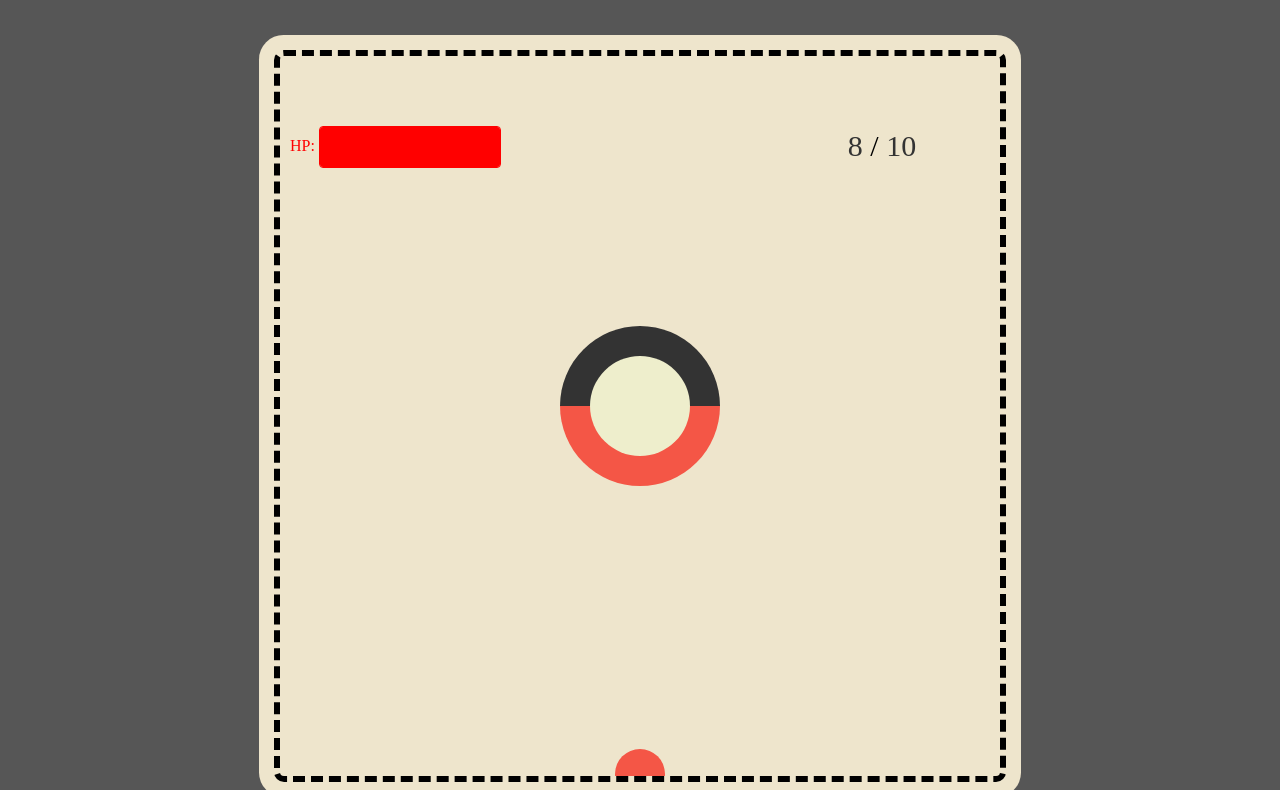
Repository: EEETA/ball-game
Page: theBall2/index.html
An editor plug-in stored every save of this project. The page is shown before and after the next save, followed by the edit.
The browser window is 1280 px wide. The pictures show the whole page.
After loading, the first visible `button.start` was clicked once.

Above is the page before, as saved 2018-07-29 16:57:37.

### theBall2/index.html
<!DOCTYPE html>
<html lang="en">
<head>
    <meta charset="UTF-8">
    <title>theBall</title>
	<link rel="stylesheet" href="style/index.css">
    <script src="js/jquery-1.8.3.min.js"></script>
	<script src="js/jquery.rotate.min.js"></script>
</head>
<body>
    <section class="box">
        <!-- 旋转div -->
        <section class="ball ballZhuan">
            <div class="redPart_box">
                <div class="redPart"></div>
            </div>
            <div class="blackPart_box">
                <div class="blackPart"></div>
            </div>
            <div class="middlePart"></div>
        </section>
        <div class="ball2"></div>

        <section class="idx_pattern">
            <!-- 主界面-游戏模式 -->
        </section>
        <section class="idx_intro">
            <!-- 主界面-游戏玩法 -->
        </section>

        <section class="game_mask">
        <!-- 游戏界面-娱乐模式遮罩提示层 -->
        </section>
        <div class="arrow">
            <!-- 升级效果 -->
        </div>
        <section class="game_shootBox">
            <!-- 游戏界面-小球发射 -->
        </section>
        <section class="game_fraction">
            <!-- 游戏界面-分数血量显示 -->
        </section>
        <section class="game_hanlder">
            <!-- 游戏界面-结束模块 -->
        </section>
    </div>

    <script src="data/data.js"></script>
    <script>
        const patternLen = pattern.length;
        const idxPattern = document.querySelector('.idx_pattern');
        const idxIntro = document.querySelector('.idx_intro');
        const gameShootBox = document.querySelector('.game_shootBox');
        const gameFraction = document.querySelector('.game_fraction');
        const gameHanlder = document.querySelector('.game_hanlder');
        const gameMask = document.querySelector('.game_mask');
        var my=[];
        /*主界面-游戏模式*/
        for(var i=0;i<patternLen;i++){
            let idxPatternMain=`<div class="playWrap">
                                    <div class="playTit"> ${pattern[i].patternName} </div>
                                    <div class="playIntroduce">
                                        <div class="playIntroduceTxt">1.通关条件 <span style="color:#EE8E4E"> ${pattern[i].explain.condition} </span></div>
                                        <div class="playIntroduceTxt">2. ${pattern[i].explain.produce} </div>
                                    </div>
                                    <button class="start">START</button>
                                </div>`
            idxPattern.innerHTML+=idxPatternMain;
        }
        /*主界面-游戏玩法*/
        let produceTxt=`<div class="introTxt">
                            <div>
                                1.按空格键/AD可旋转 <img src="img/img1.png" alt="" class="sizeOne">
                            </div>
                            <div>
                                2.当<img src="img/img2.png" alt="" class="sizeOne">掉落时,根据模式将 <img src="img/img1.png" alt="" class="sizeOne"> 旋转到对应的颜色即可得1分,反之<span style="color:red">HP-1</span>
                            </div>
                            <div>
                                3.进入游戏后，每个玩家血量为5,右上角为分数面板 <img src="img/img3.png" alt="" class="sizeTwo"> 左侧为当前分数,右侧为当前关卡上限,分数达到上限即可进入下一关
                            </div>
                        </div>
                        <button class="introTxtBtn">游戏玩法</button>`
        idxIntro.innerHTML=produceTxt;



        /*游戏界面-小球发射*/
        let gameShootBoxMain=`<div class="top">
                                    <div class="div_middle"></div>
                                </div>
                                <div class="bottom">
                                    <div class="div_middle"></div>
                                </div>
                                <div class="left">
                                    <div class="div_middle"></div>
                                </div>
                                <div class="right">
                                    <div class="div_middle"></div>
                                </div>`
        gameShootBox.innerHTML+=gameShootBoxMain;
        /*游戏界面-分数血量显示*/
        let gameFractionMain=`<div class="life">HP:
                                    <div class="hp_div">
                                        <div class="hp_div_main"></div>
                                    </div>
                                </div>
                                <div class="fraction">
                                    <span class="fraction_left"></span>
                                    /
                                    <span class="fraction_right"></span>
                                </div>`
        gameFraction.innerHTML=gameFractionMain;
        /*游戏界面-结束模块*/
        let gameHanlderMain=`<div class="interface">
                                <div class="over">Game Over</div>
                                <div class="success">成功通关</div>
                            </div>
                            <div class="button_box">
                                <button class="button_left">再玩一次</button>
                                <button class="button_right">返回大厅</button>
                            </div>`
        gameHanlder.innerHTML=gameHanlderMain;
        /*游戏界面-娱乐模式遮罩提示层*/
        let gameMaskMain=`<div class="Mask_span">
                                <span>按A键向左转</span>
                                <span>按D键向右转</span>
                            </div>
                            <span class="Mask_p">- 按空格键继续 -</span>`
        gameMask.innerHTML=gameMaskMain;
    </script>
    <script src="js/index.js"></script>
    <script src="js/animation.js"></script>
</body>
</html>

### theBall2/js/index.js
/**

 * @date  2017-10-01 20:37:27
 * @name  Elderly
 */
// var time=new Date();
var numList,
background,
num,
box_num,
hp,/*当前血量*/
hp_box,//总血量
fail_hp,/*当前血量*/
fractionNow,//得分
fractionNeed,//升级需要得分
speed,
delayed,
num_number,
box_num_number,
direction,
box,
interval,
this_ball,
switch_1,
switch_2,
switch_3,
negative,
numbox,
ttSet;

switch_1=0;
switch_2=0;
switch_3=0;
numList=0;
negative=0;
delayed=0;
speed=1200;
degree=-180;/*旋转度数*/
interval=300;/*旋转时间差*/
num_number=2;
box_num_number=2;
ttSet=300;
box=$('.ball');

const idxW=1080;/*主界面宽高*/
const idxH=720;
const gameW=720;/*游戏宽高*/
const gameH=720;

const start=document.querySelectorAll('.start');
let again;/*再来一次时用来判断模式*/

window.onload=function(){
    $('.ball').addClass("ballZhuan");
    $(".introTxtBtn").mouseover(function(){ $('.introTxt').stop().fadeIn(400);})
	$(".introTxtBtn").mouseout(function(){ $('.introTxt').stop().fadeOut(400);})
    choose();
}

function choose(){//进入对应模式
	for(let i=0;i<start.length;i++){
        start[i].onclick=function(){
            $('.idx_pattern').fadeOut(300);
            $('.introTxtBtn').fadeOut(300);
            again=i;
            initInfo(i);
            ball(i);
        }
	}
}

function initInfo(numberMode){
    hp=1;
    hp_box=5;
    fail_hp=hp*100/hp_box;
    fractionNow=8;
    if(!numberMode){fractionNeed=10;}
    else{fractionNeed="∞";}

    /*颠倒模式互换颜色*/
	if(numberMode==1){
		$('.redPart').css('background','#333');
		$('.blackPart').css('background','#f45646');
    }

	// if(numberMode==2){
	// 	speed=1400;
	//     numList=-360;
	//     num_number=4;
	//     box_num_number=4;
	//     degree=-90;
	// 	delayed=1100;
	// }
	// if(again==2&&switch_2==1){
	// 	box.rotate({
    //         animateTo:numList-180,
    //         duration:450,
    //     });
	// }
    $('.fraction_left').html(fractionNow);
    $('.fraction_right').html(fractionNeed);
    // $('.hp_div_main').animate({width:fail_hp+"%"},500);
}

function ball(numberMode){
    setTimeout(function(){
		box_animation(gameW,gameH,500);
   		$('.game_fraction').fadeIn(500);
     	$('.ball').animate({top:'210px'},500,function(){
            $(this).removeClass("ballZhuan");
            if(numberMode!=2){
            	$(this).rotate({animateTo:-180,duration:600});
            	numList=-180;
            }else if(numberMode==2&&switch_2==0){
            	if(switch_3){
        			rotate_transition(".ball",".ball2");
            		appendball('.div_middle');
            		switch_2=1;
            	}else{
                    Mask();
                    rotate_transition(".ball",".ball2");
            	}
            }
        	setTimeout(function(){
        		appendball(numberMode);
        	},600)
    	})
	},ttSet)
}

/*关卡设置*/
function levelUp(numberMode){
	if(numberMode==0 || numberMode==2){
		if(fractionNow%10==0){
	        callarrow("速度加快");
			speed-=100;
	        delayed=1100;
		}
	}
	if(numberMode==1){
		if(fractionNow==10){
	        callarrow("速度加快");
	        speed-=200;
	        fractionNeed=30;
	        delayed=1100;
		}
	    if(fractionNow==30){
	        callarrow("lalala");
	        speed-=100;
	        fractionNeed=50;
	        delayed=1100;
	    }
	}
}

function appendball(numberMode){  //生成小球
    if(hp<=0){
        $('.over').animate({opacity:1},600,function(){
            $('.button_box').css('display','block');
            $('.button_box').animate({opacity:1},800,function(){
                switch_3=1;
            })});
        return;
    }
	if(numberMode==1&&fractionNow==50){
        $('.success').animate({opacity:1},600,function(){
	            $('.button_box').css('display','block')
	            $('.button_box').animate({opacity:1},800)
	        });
	    return;
   }
    if(numberMode==2){
	    box=$('.ball2');
	    return;
    }

	levelUp(numberMode);
    $('.fraction_right').html(fractionNeed);

    ballFour=new Array();
    ballFour[0]="#f45646";
    ballFour[1]="#333";
    ballFour[2]="#efa97a";
    ballFour[3]="#6dd3ce";

    num=parseInt(Math.random()*num_number);
    box_num=parseInt(Math.random()*box_num_number);
    $('<div class="div_ball" style="background:'+ballFour[num]+';z-index:10"></div>').appendTo($('.div_middle')[box_num]);
    this_ball=$('.div_ball');
    setTimeout(function(){ballmove(this_ball,box_num,numberMode)},delayed);
}

/*小球运动*/
function ballmove(this_ball,box_num,numberMode){
    delayed=0;
    box_num < 2 ? (box_num==0 ? range=350 : range=-350) : (box_num==2 ? range=350 : range=-350);
    box_num < 2 ? direction='top' : direction='left';
    this_ball.animate(
        {[direction]:""+range+"px"},
        {duration:speed,
         easing:'linear',    // easing:'linear' 匀速直线运动
            progress:function(){
                var this_height=Math.floor($(this).offset().top)+$(this).height();
                var this_width=Math.floor($(this).offset().left)+$(this).width();
                var box_top=box.offset().top;
                var box_left=box.offset().left;
                var box_height=box.offset().top+box.height();
                var box_width=box.offset().left+box.width();

                if(box_num_number == 2){ //两个方向
                    if(box_num < 2){  //上下
                        if(range==350){  //向下
                            if(this_height>=box_top+2){
                                movejudge(this,-270,-0,-90,-180,4,numberMode);
                            }
                        }else if(range==-350){  //向上
                            if($(this).offset().top<=box_height){
                                movejudge(this,-90,-180,-270,-0,4,numberMode);
                            }
                        }
                     }
                }else if(box_num_number==4){ //四个方向
                    if(box_num < 2){  //上下
                        if(range==350){  //向下
                            if(this_height>=box_top+2){
                                 movejudge(this,-270,-0,-90,-180,5,numberMode);
                            }
                        }else if(range==-350){  //向上
                            if($(this).offset().top<=box_height+170){
                                 movejudge(this,-90,-180,-270,-0,5,numberMode);
                            }
                        }
                    } else if(box_num >= 2){   //左右
                        if(range==350){    //向右
                            if(this_width>=box_left+2){
                                movejudge(this,-0,-90,-180,-270,5,numberMode);
                            }
                        }else if(range==-350){  //向左
                            if(this_width <= box_width+218){
                                 movejudge(this,-180,-270,-0,-90,5,numberMode);
                            }
                        }
                    }
                }
            }
        }
    )
}


/*再来一遍&&返回大厅*/
$('.button_left').click(function(haha,gameInit){
    $('.over,.success,.button_box').animate({opacity:0},200);
    $('.button_box').css('display','none');

	speed=1200;
    ttSet=0;
    if(again==2){
	    produceFn('.div_middle');
    }else{
        // produceFn(again);
        initInfo(again);
            ball(again);
    }
});

// $('.button_right').click(function(){
// 	box_animation(idxH,idxW,500);
// 	degree=-180;
// 	negative=0;
// 	speed=1200;
//     numList=0;
// 	delayed=0;
// 	num_number=2;
// 	box_num_number=2;
// 	$('.blackPart').css('background','#333');
// 	$('.redPart').css('background','#f45646');
//     rotate_transition(".ball2",".ball");
// 	box=$('.ball');
// 	switch_2=0;
// 	if(again!=2){
// 		switch_3=0;
// 	}else{
// 		switch_3=1;
// 	}

// 	/*正常模式返回初始化*/
//    	$('.game_fraction').fadeOut(300);
//    	$('.button_box').fadeOut(300);
//     $('.over').animate({opacity:0},100);
//     $('.success').animate({opacity:0},100);
//     $('.ball').animate({top:'0px'}, 500,function(){
//         $(this).addClass("ballZhuan");
// 	})
// 	setTimeout(function(){
// 		$('.introTxtBtn').fadeIn(300);
// 		$('.idx_pattern').fadeIn(300);
//    	},800)
// })

document.addEventListener('keydown',ballPlay,false);
function ballPlay(haha){
    if(box_num_number==2&&event.keyCode==32){  //只有两种颜色
        // if(new Date()-time > interval){
            // console.log(speed);
            numList+=degree;
            box.rotate({
                animateTo: numList,
                duration:450,
            });
            // time=new Date();
        // }
    }
    // else if(box_num_number==4){  //四钟颜色
    //     if(event.keyCode==32 && switch_2==0 && switch_3==0){   //遮罩按空格
    //         switch_1=1;
    //         $('.game_mask').fadeOut(500);
    //         $('.Mask_p').fadeOut(200);
    //         $('.Mask_span').fadeOut(500);

	//       	appendball('.div_middle');
	//       	switch_2=1;
    //     }
    //     if(event.keyCode==65){   //左
    //         numList+=degree;
    //         negative=numList;
    //         if(numList>0){   //度数往右转 度数变为正数时
    //             if(numList%360==90 || numList%360==270){
    //                 negative=-numList-180;
    //             }
    //             if(numList%360==0 || numList%360==180){
    //                 negative=-negative
    //             }
    //         }
    //         box.rotate({
    //                 animateTo: numList,
    //                 duration:340,
    //         });
    //     }
    //     if(event.keyCode==68){  //右
    //         numList-=degree;
    //         if(numList<0) negative+=degree;
    //         if(numList>0) {
    //             if(numList%360==0 || numList%360==180){
    //                 negative=-numList;
    //             }
    //             if(numList%360==90 || numList%360==270){
    //                 negative=-numList-180;
    //             }
    //         };
    //         box.rotate({
    //                 animateTo: numList,
    //                 duration:340,
    //         });
    //     }
  	// }
}

Loaded but not shown: theBall2/js/jquery-1.8.3.min.js (library); theBall2/js/jquery.rotate.min.js (library); theBall2/js/animation.js (162 lines, source omitted); theBall2/data/data.js (47 lines, source omitted); theBall2/style/index.css (284 lines, source omitted)

After the next save:
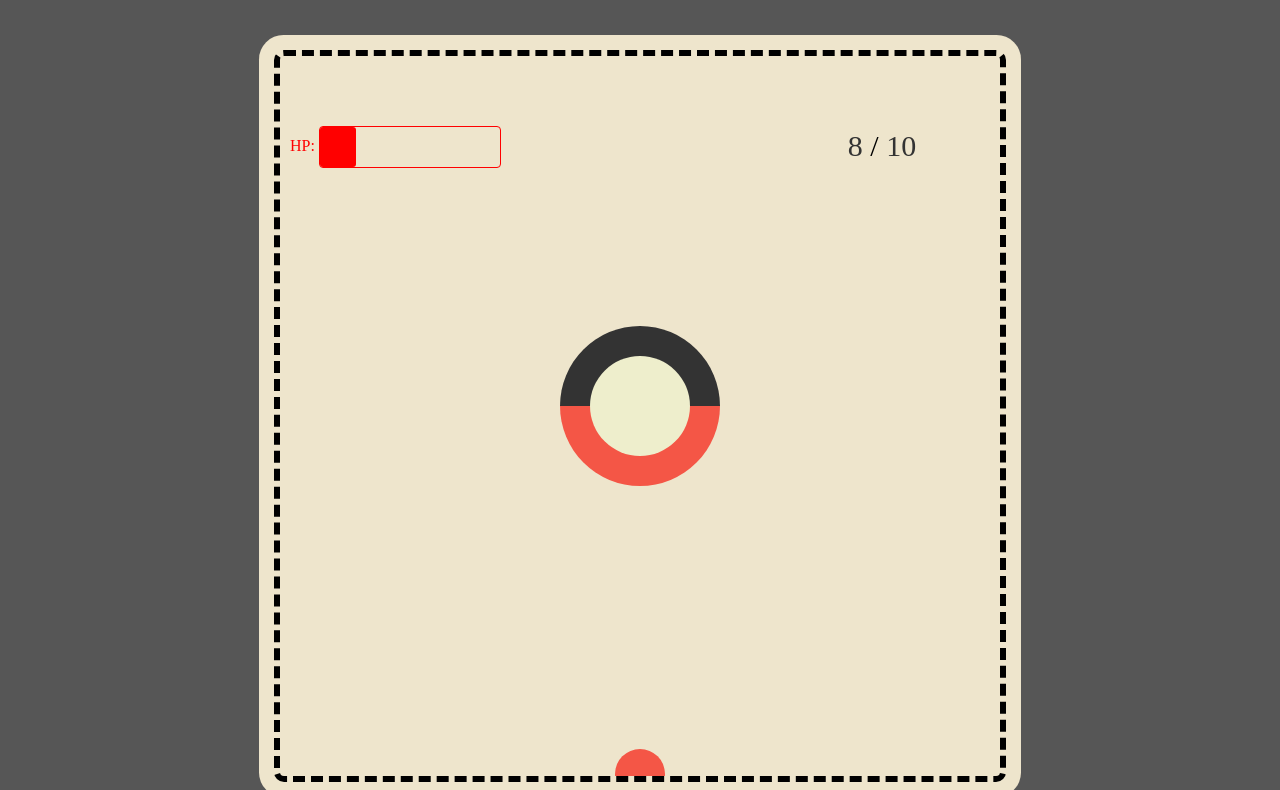
Saved 19 s later.
--- a/theBall2/js/index.js
+++ b/theBall2/js/index.js
@@ -99,7 +99,7 @@
 	// }
     $('.fraction_left').html(fractionNow);
     $('.fraction_right').html(fractionNeed);
-    // $('.hp_div_main').animate({width:fail_hp+"%"},500);
+    $('.hp_div_main').animate({width:fail_hp+"%"},500);
 }
 
 function ball(numberMode){

After the 2 saves that followed:
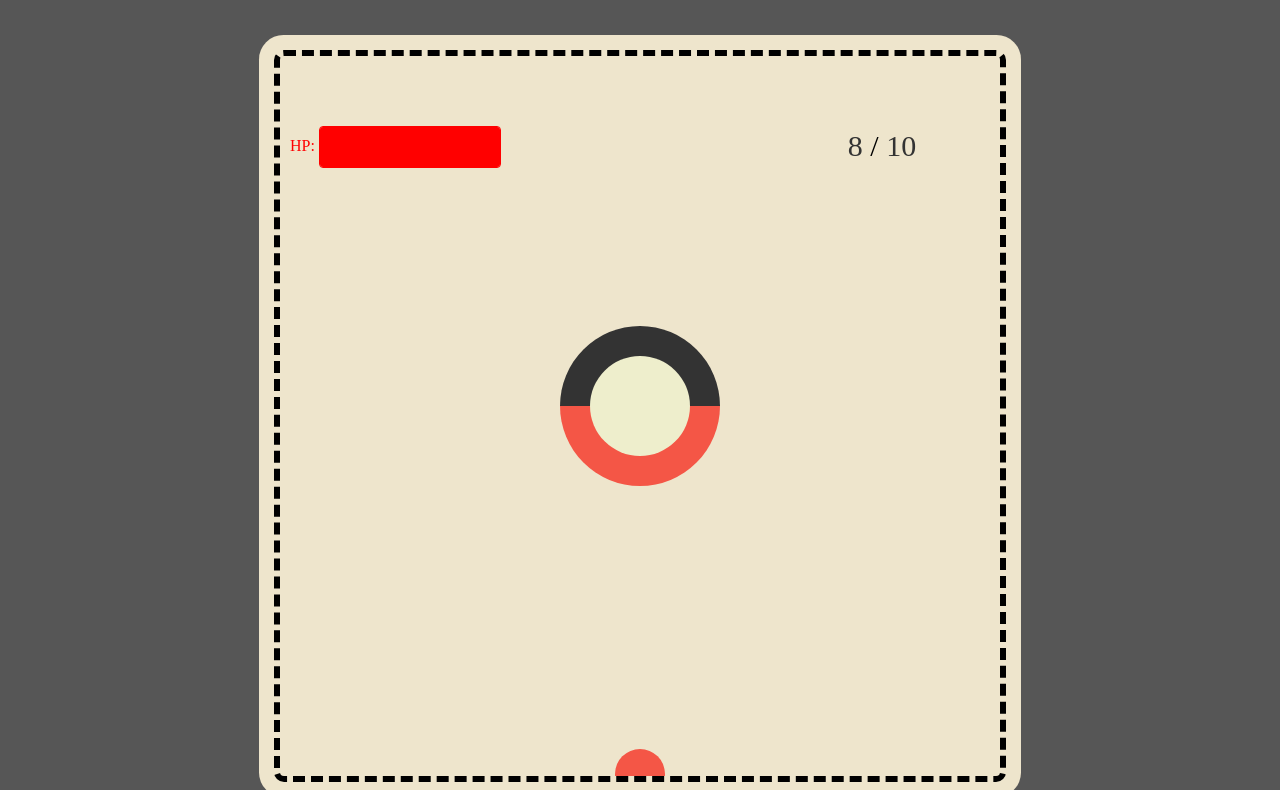
The 2 saves are shown as one change because 1 left the picture as it was.
The last was saved 26 s later.
--- a/theBall2/js/index.js
+++ b/theBall2/js/index.js
@@ -70,8 +70,8 @@
 }
 
 function initInfo(numberMode){
-    hp=1;
-    hp_box=5;
+    hp=10;
+    hp_box=10;
     fail_hp=hp*100/hp_box;
     fractionNow=8;
     if(!numberMode){fractionNeed=10;}
@@ -99,7 +99,7 @@
 	// }
     $('.fraction_left').html(fractionNow);
     $('.fraction_right').html(fractionNeed);
-    $('.hp_div_main').animate({width:fail_hp+"%"},500);
+    $('.hp_div_main').animate({width:fail_hp+"%"});
 }
 
 function ball(numberMode){
